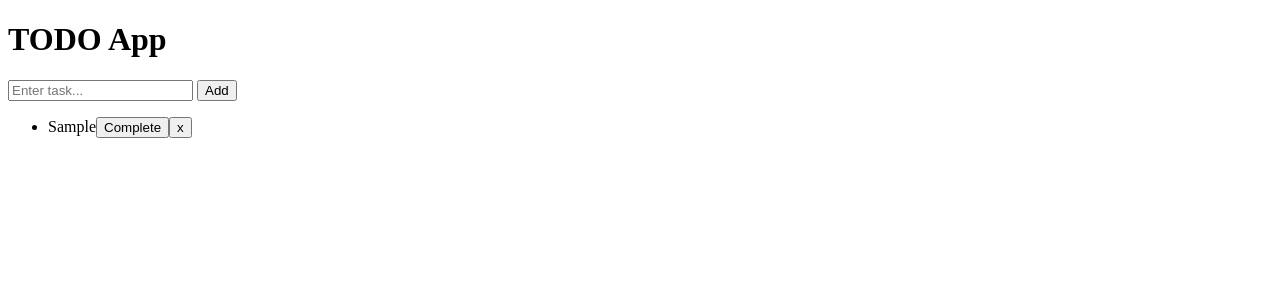
Repository: pawvan/todo_app
Page: markup/tod.html
These files come from the project's save history. The page is drawn as it stood at one moment and after the next save; the edit follows.
The browser window is 1280 px wide. The pictures show the whole page.
Empty fields were first filled with sample values (such as "Sample", 5 or name@example.com).
After loading, the first visible `#add-button` was clicked once.

Above is the page before, as saved 2025-01-07 15:25:07.

After the next save:
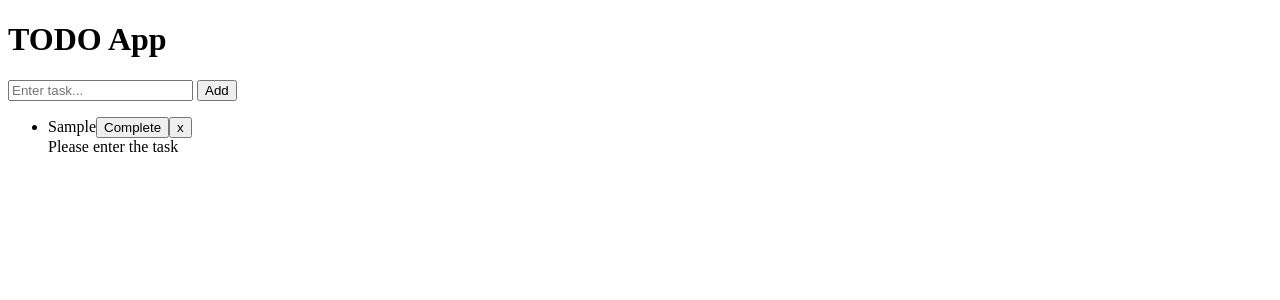
Saved 4 s later.
--- a/interactivity/todo.js
+++ b/interactivity/todo.js
@@ -33,12 +33,12 @@
         taskInput.value = '';
         if(!taskInput.value){
             createAlert.textContent ="Please enter the task"
+            taskList.appendChild(createAlert)
 
 
         }
     }
     else{
         createAlert.textContent ="Please enter the task"
-        taskList.appendChild(createAlert)
     }
 }

After the 2 saves that followed:
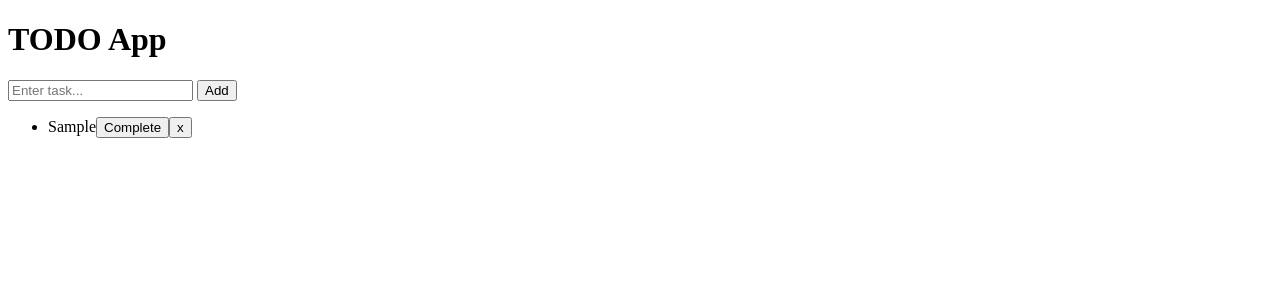
The 2 saves are shown as one change because they came seconds apart.
The last was saved 36 s later.
--- a/interactivity/todo.js
+++ b/interactivity/todo.js
@@ -33,9 +33,7 @@
         taskInput.value = '';
         if(!taskInput.value){
             createAlert.textContent ="Please enter the task"
-            taskList.appendChild(createAlert)
-
-
+            taskList.ap
         }
     }
     else{
